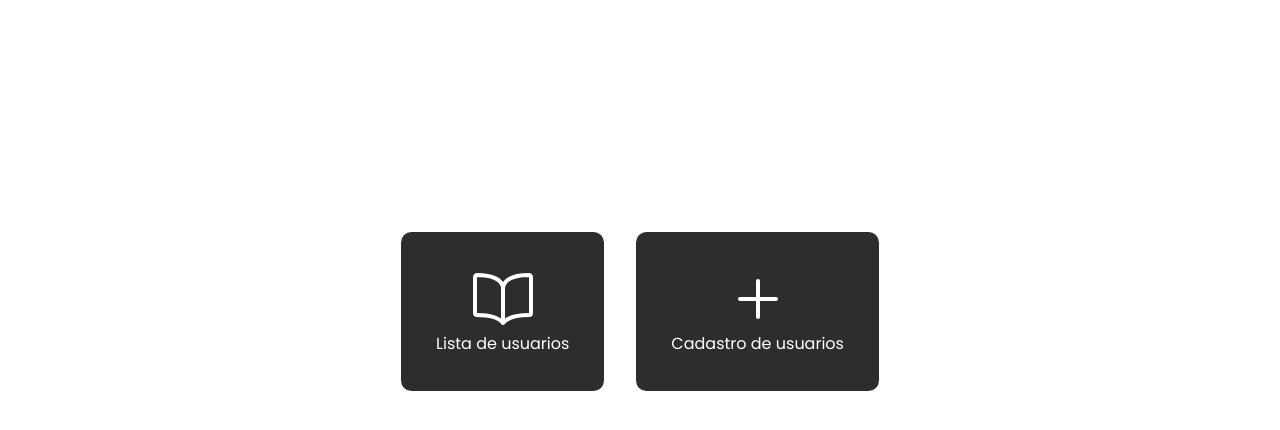
Repository: BeatrizFloriano96/myPagesSpeedLog
Page: html/usuarios.html
These files come from the project's save history. The page is drawn as it stood at one moment and after the next save; the edit follows.
The browser window is 1280 px wide. The pictures show the whole page.

Above is the page before, as saved 2022-01-29 14:14:30.

After the next save:
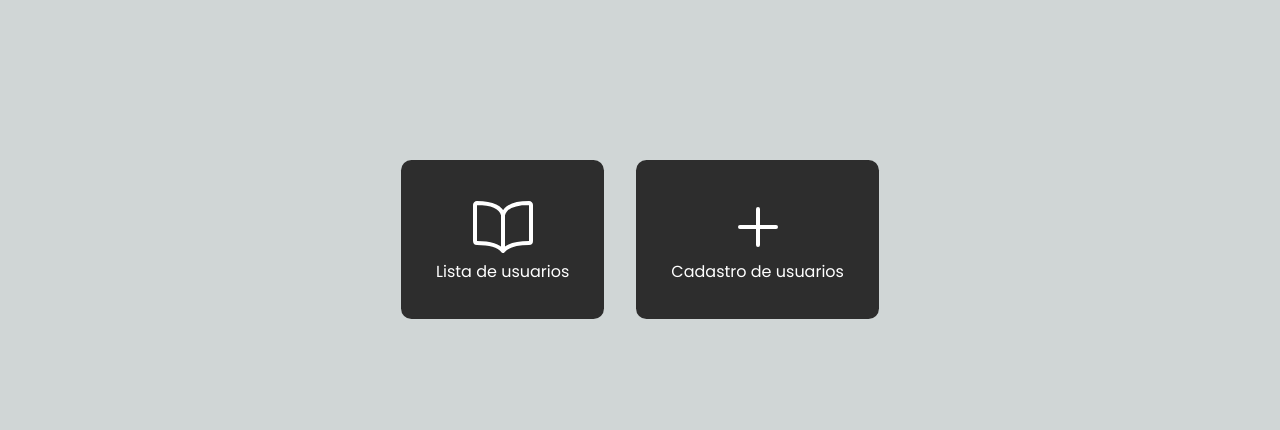
Saved 22 s later.
--- a/css/usuarios.css
+++ b/css/usuarios.css
@@ -7,6 +7,10 @@
     border: none;
     font-family: 'Poppins';
 
+}
+
+body{
+    background-color: rgb(208, 214, 214);
 }
 
 .caixinha{
@@ -28,7 +32,7 @@ p, a {
 #grandeCaixa{
     display: flex;
     justify-content: center;
-    margin-top: 30vh;
+    margin-top: 20vh;
 }
 
 .caixinha a{
